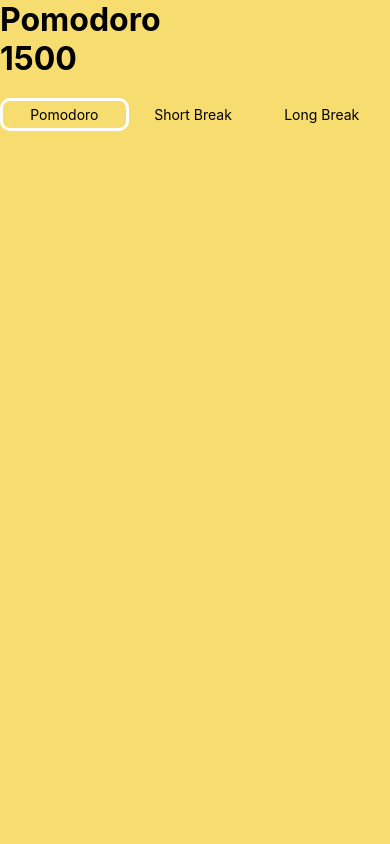
Repository: rchavarria77/pomodoro-app
Screen: /
An editor plug-in stored every save of this project. The screen is shown before and after the next save, followed by the edit.
The app was drawn by React Native's web renderer in a window 390 px wide. The project was rebuilt for these pictures with package versions that can differ from the ones it lists, and the page was loaded fresh each time.

Above is the screen before, as saved 2024-02-01 00:57:23.

### App.js
import { useState } from 'react';
import { Platform, SafeAreaView, StyleSheet, Text, View } from 'react-native';
import { Header } from './src/components/Header';

const colors = ['#F7DC6F', '#A2D9CE', '#D7BDE2'];

export default function App() {
  const [isWorking, setIsWorking] = useState(false);
  const [time, setTime] = useState(25 * 60);
  const [currentTime, setCurrentTime] = useState('POMO' | 'SHORT' | 'BREAK');

  return (
    <SafeAreaView
      style={[styles.container, { backgroundColor: colors[currentTime] }]}
    >
      <View style={{ paddingTop: Platform.OS === 'android' && 30 }}>
        <Text style={styles.text}>Pomodoro</Text>
        <Text style={styles.text}>{time}</Text>
        <Header
          setTime={setTime}
          currentTime={currentTime}
          setCurrentTime={setCurrentTime}
        />
      </View>
    </SafeAreaView>
  );
}

const styles = StyleSheet.create({
  container: {
    flex: 1,
  },
  text: { fontSize: 32, fontWeight: 'bold' },
});

### src/components/Header.jsx
import { StyleSheet, Text, TouchableOpacity, View } from 'react-native';

const options = ['Pomodoro', 'Short Break', 'Long Break'];

export const Header = ({ setTime, currentTime, setCurrentTime }) => {
  const handlePress = (index) => {
    const newTime = index === 0 ? 25 : index === 1 ? 5 : 15;
    setCurrentTime(index);
    setTime(newTime * 60);
  };

  return (
    <View style={{ flexDirection: 'row' }}>
      {options.map((option, i) => (
        <TouchableOpacity
          key={i}
          style={[
            styles.itemStyle,
            currentTime !== i && { borderColor: 'transparent' },
          ]}
          onPress={() => handlePress(i)}
        >
          <Text>{option}</Text>
        </TouchableOpacity>
      ))}
    </View>
  );
};

const styles = StyleSheet.create({
  itemStyle: {
    width: '33%',
    borderWidth: 3,
    padding: 5,
    borderColor: 'white',
    marginVertical: 20,
    borderRadius: 10,
    alignItems: 'center',
  },
});

### src/components/Timer.jsx
import { StyleSheet, Text, View } from 'react-native';

export const Timer = ({ time }) => {
  return (
    <View style={styles.container}>
      <Text>{time}</Text>
    </View>
  );
};

const styles = StyleSheet.create({
  container: {
    backgroundColor: '#F2F2F2',
  },
});

After the next save:
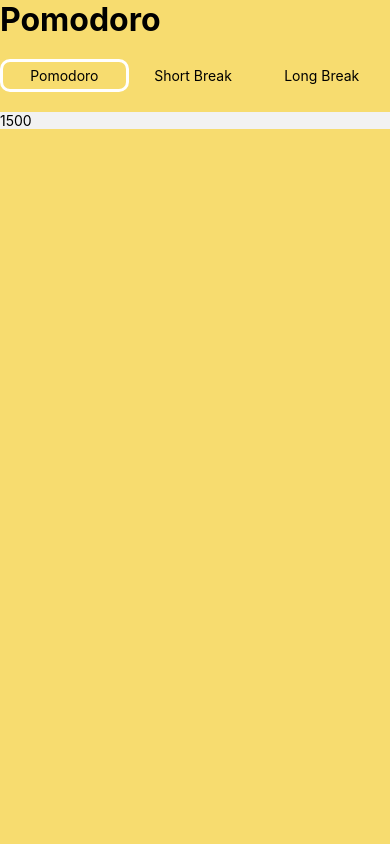
Saved 31 s later.
--- a/App.js
+++ b/App.js
@@ -1,6 +1,7 @@
 import { useState } from 'react';
 import { Platform, SafeAreaView, StyleSheet, Text, View } from 'react-native';
 import { Header } from './src/components/Header';
+import { Timer } from './src/components/Timer';
 
 const colors = ['#F7DC6F', '#A2D9CE', '#D7BDE2'];
 
@@ -15,12 +16,12 @@ export default function App() {
     >
       <View style={{ paddingTop: Platform.OS === 'android' && 30 }}>
         <Text style={styles.text}>Pomodoro</Text>
-        <Text style={styles.text}>{time}</Text>
         <Header
           setTime={setTime}
           currentTime={currentTime}
           setCurrentTime={setCurrentTime}
         />
+        <Timer time={time} />
       </View>
     </SafeAreaView>
   );
